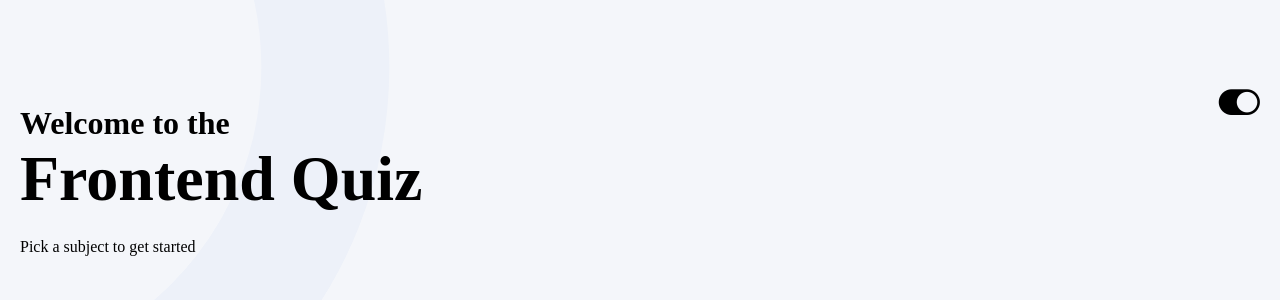
Repository: Daniel054311/Quiz-app-V1
Page: index.html
The author's editor kept a copy of each file at every save. The page is drawn from the files as they stood at one save, then again after the next save.
The browser window is 1280 px wide. The pictures show the whole page.

Above is the page before, as saved 2024-02-01 10:55:58.

### index.html
<!DOCTYPE html>
<html lang="en">

<head>
    <meta charset="UTF-8">
    <meta name="viewport" content="width=device-width, initial-scale=1.0">
    <title>Quiz-App</title>
    <link rel="stylesheet" type="text/css" href="/asset/style/index.css">
    <link rel="stylesheet" href="https://cdnjs.cloudflare.com/ajax/libs/font-awesome/4.7.0/css/font-awesome.min.css">

</head>

<body class="light-mode">
    <div class="parent-container">
        <div class="left-container">
            <h1><span class="Welcome">Welcome to the </span><br><span class="Quiz">Frontend Quiz</h1></span>

            </h1>

            <p>Pick a subject to get started</p>

        </div>
        <div class="right-container">
            <i id="darkModeToggle" class="fa fa-toggle-on" style="font-size:36px"></i>



            <div class="navigation" id="navigation"></div>
        </div>
    </div>
    <script type="module" src="./asset/script/index.js"></script>

</body>

</html>

### asset/style/index.css

body {
    margin: 0 !important;
    display: flex;
    align-items: center;
    justify-content: center;
    height: 100% !important;
    font-family: Rubik;

  }

  .parent-container {
    box-sizing:border-box;
    margin:0 !important;
    height:100vh !important;
    width: 100% !important;
    display: flex;
    flex-direction:row;
    background-image:url("/images/pattern-background-desktop-light.svg");
    background-size:cover;
    background-color:#f4f6fA;

  }

  .left-container {
    flex: 1;
    padding: 20px;
    text-align:left;
    margin-top: 5%;/* Add a border between left and right containers */
  }

  .right-container {
    flex: 1;
    padding: 20px;
    text-align:right;
    display:flex;
    flex-direction:column;
    margin-top: 5%;
  }
  body.light-mode{
    background-color:#ffffff !important;
    color:##313E51 !important;
  }
  body.dark-mode{
    background-color:#000000 !important;
    color: #ffffff!important;
  }
  /* .navigation ul {
    list-style: none;
    padding: 0;
    display: flex;
    flex-direction: column;
  } */

  /* .navigation li {
    margin-right: 20px;
    margin-bottom: 10px;
    text-align: center; */


     /* Add space between buttons */


  .navigation a {
    /* display: block; */
    padding: 20px;
    /* text-decoration: none; */
    color: #313E51;
    background-color: #ffffff;
    /* border: 2px solid #ffffff; */
    border-radius: 24px;
    margin-right: 10px;
    gap: 32px;
    font-size: 28px;

  }

.list-item {
    display: flex;
    align-items: center;
    margin-bottom: 10px; /* Add spacing between items */
    padding: 10px;
    background-color:#ffffff;
    border-radius: 25px;
    list-style: none;
    gap:30px;
    cursor: pointer;
  }

  /* .image {
    width: 50px;
    height: 50px;
    border-radius:15px;
    margin-right: 10px;
      */
  /* }

  .content {
    flex: 1; */ */

  .left-container .Welcome{
    font-size: 64px;
    color:#313E51;
    font-style: normal;
  }
  .left-container .Quiz{
    font-size: 64px;
    font-style: bold;
  }
  .left-container .p{
    color: #626C7F;
    font-size: 20px;
  }

  .image{
    border-radius:7px;
  }

  /* .header.h1 {
    text-align: center;
    font-weight: 500;
    font-size:25px;

  }
   */
  /* .user-controls {
    /* Add styles for user controls if needed */
  /* }

  .navigation {
    text-align: center;
  }

  .navigation ul {
    list-style: none;
    padding: 0;
    flex-direction: column;
    align-items:center
  }

  .navigation li {
    margin-bottom: 10px;
  }
   */



  /* .navigation a:hover {
    background-color: #ddd;
  } */

### asset/script/index.js
var __awaiter = (this && this.__awaiter) || function (thisArg, _arguments, P, generator) {
    function adopt(value) { return value instanceof P ? value : new P(function (resolve) { resolve(value); }); }
    return new (P || (P = Promise))(function (resolve, reject) {
        function fulfilled(value) { try { step(generator.next(value)); } catch (e) { reject(e); } }
        function rejected(value) { try { step(generator["throw"](value)); } catch (e) { reject(e); } }
        function step(result) { result.done ? resolve(result.value) : adopt(result.value).then(fulfilled, rejected); }
        step((generator = generator.apply(thisArg, _arguments || [])).next());
    });
};
var __generator = (this && this.__generator) || function (thisArg, body) {
    var _ = { label: 0, sent: function() { if (t[0] & 1) throw t[1]; return t[1]; }, trys: [], ops: [] }, f, y, t, g;
    return g = { next: verb(0), "throw": verb(1), "return": verb(2) }, typeof Symbol === "function" && (g[Symbol.iterator] = function() { return this; }), g;
    function verb(n) { return function (v) { return step([n, v]); }; }
    function step(op) {
        if (f) throw new TypeError("Generator is already executing.");
        while (g && (g = 0, op[0] && (_ = 0)), _) try {
            if (f = 1, y && (t = op[0] & 2 ? y["return"] : op[0] ? y["throw"] || ((t = y["return"]) && t.call(y), 0) : y.next) && !(t = t.call(y, op[1])).done) return t;
            if (y = 0, t) op = [op[0] & 2, t.value];
            switch (op[0]) {
                case 0: case 1: t = op; break;
                case 4: _.label++; return { value: op[1], done: false };
                case 5: _.label++; y = op[1]; op = [0]; continue;
                case 7: op = _.ops.pop(); _.trys.pop(); continue;
                default:
                    if (!(t = _.trys, t = t.length > 0 && t[t.length - 1]) && (op[0] === 6 || op[0] === 2)) { _ = 0; continue; }
                    if (op[0] === 3 && (!t || (op[1] > t[0] && op[1] < t[3]))) { _.label = op[1]; break; }
                    if (op[0] === 6 && _.label < t[1]) { _.label = t[1]; t = op; break; }
                    if (t && _.label < t[2]) { _.label = t[2]; _.ops.push(op); break; }
                    if (t[2]) _.ops.pop();
                    _.trys.pop(); continue;
            }
            op = body.call(thisArg, _);
        } catch (e) { op = [6, e]; y = 0; } finally { f = t = 0; }
        if (op[0] & 5) throw op[1]; return { value: op[0] ? op[1] : void 0, done: true };
    }
};
// Function to make a Fetch API call for Interface 1
function fetchData() {
    return __awaiter(this, void 0, void 0, function () {
        var response, data, error_1;
        return __generator(this, function (_a) {
            switch (_a.label) {
                case 0:
                    _a.trys.push([0, 3, , 4]);
                    return [4 /*yield*/, fetch('./data.json')];
                case 1:
                    response = _a.sent();
                    if (!response.ok) {
                        throw new Error("HTTP error! Status: ".concat(response.status));
                    }
                    return [4 /*yield*/, response.json()];
                case 2:
                    data = _a.sent();
                    return [2 /*return*/, data];
                case 3:
                    error_1 = _a.sent();
                    console.error('Error fetching data1:', error_1.message);
                    throw error_1;
                case 4: return [2 /*return*/];
            }
        });
    });
}

After the next save:
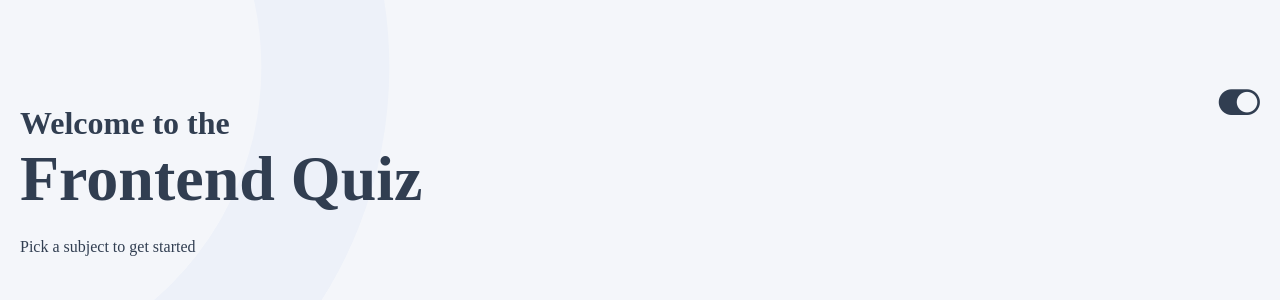
Saved 4 s later.
--- a/asset/style/index.css
+++ b/asset/style/index.css
@@ -39,7 +39,7 @@ body {
   }
   body.light-mode{
     background-color:#ffffff !important;
-    color:##313E51 !important;
+    color:#313E51 !important;
   }
   body.dark-mode{
     background-color:#000000 !important;
